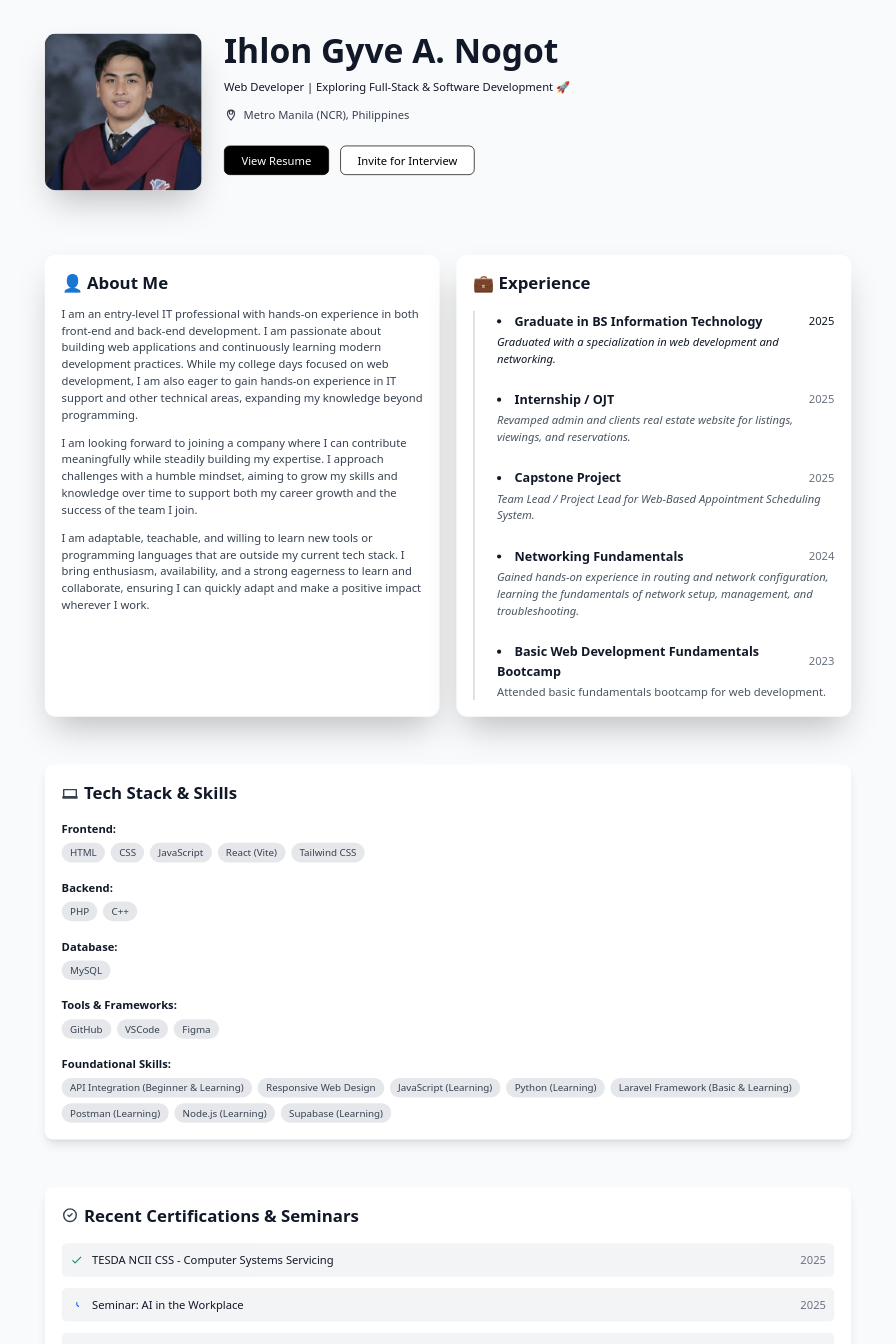
Repository: MeekSharkdev/cv-portfolio
Page: index.html
The author's editor kept a copy of each file at every save. The page is drawn from the files as they stood at one save, then again after the next save.
The browser window is 1280 px wide. The pictures show the part of the page from y = 0 to 1920 px (the page is 2740 px tall before and 2776 px after), at 70% of full size.
A picture or video elsewhere on the page could not be fetched, so the positions and the page height are approximate.

Above is the page before, as saved 2026-01-31 20:47:01.
Not found: styles.css

After the next save:
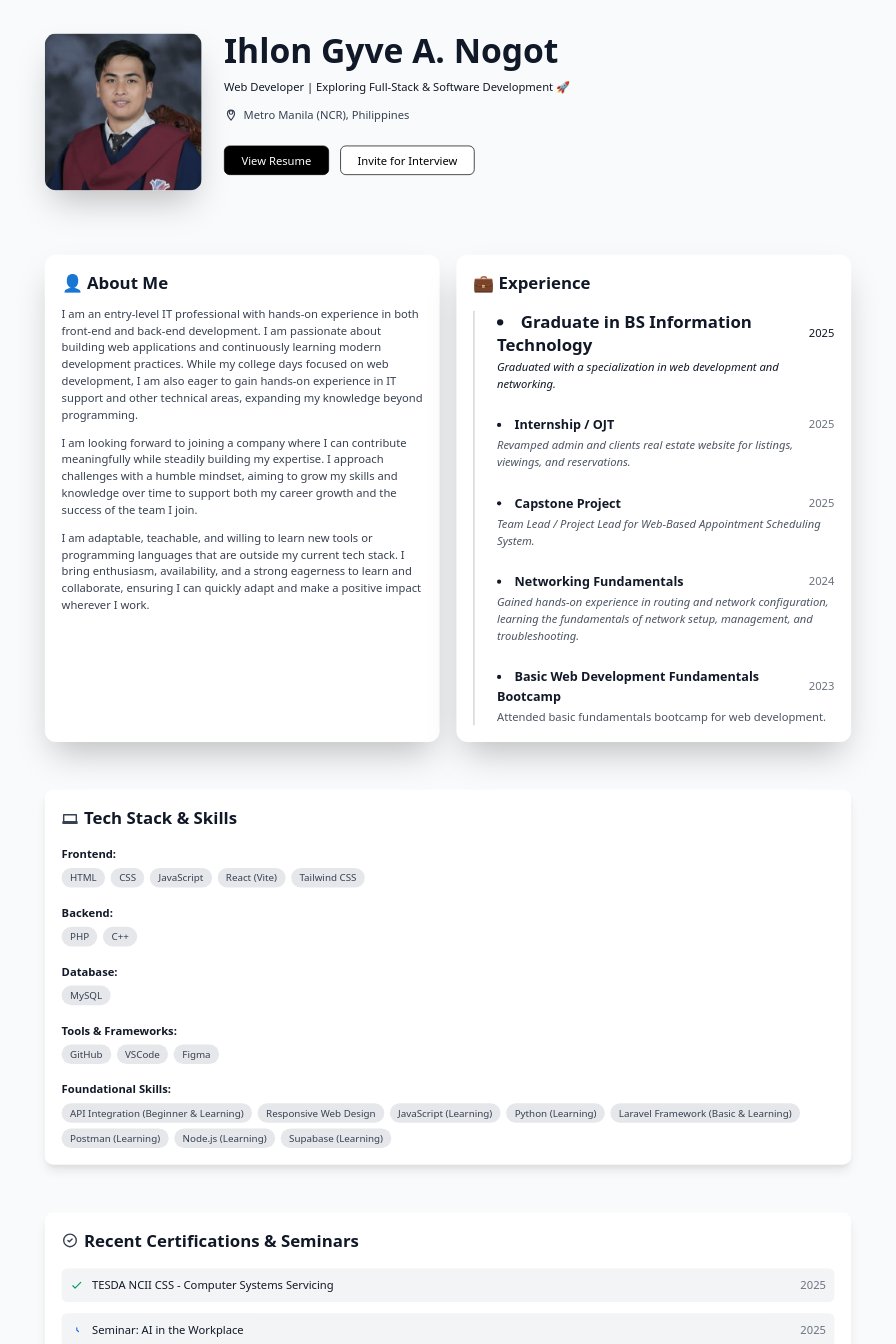
Saved 29 s later.
--- a/index.html
+++ b/index.html
@@ -111,7 +111,7 @@
                 <!-- Graduate (Latest, Top) -->
                 <div class="relative">
                     <div class="flex justify-between items-center">
-                        <h2 class="text-lg font-bold"><li>Graduate in BS Information Technology</li></h2>
+                        <h2 class="text-2xl font-bold"><li>Graduate in BS Information Technology</li></h2>
                         <span class="text-gray-900">2025</span>
                     </div>
                     <p class="text-black-500 mt-1"><i>Graduated with a specialization in web development and networking.</i></p>
